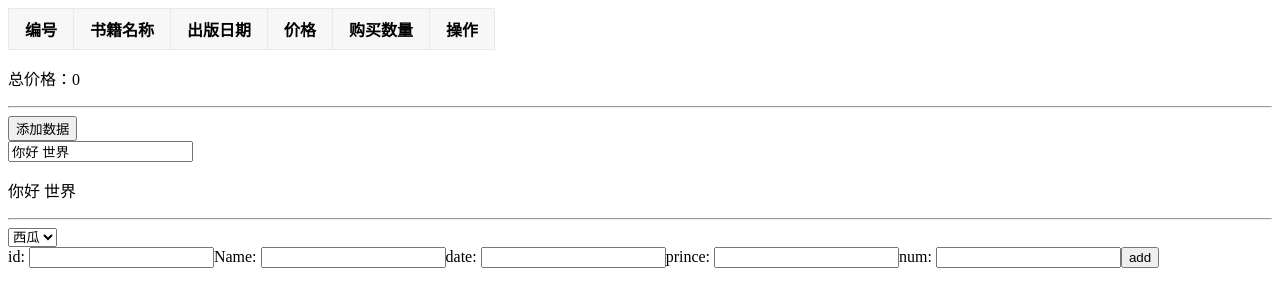
Repository: 1404413577/jsdemo
Page: /res (app in vue-demo/myweb3/)
An editor plug-in stored every save of this project. The page is shown before and after the next save, followed by the edit.
The browser window is 1280 px wide. The pictures show the whole page.
The page's requests for data from a server got no answer. The project was rebuilt for these pictures with package versions that can differ from the ones it lists, and the page was loaded fresh each time. No one was signed in, and anything a server would have sent is missing. Also part of the build but not shown: vue-demo/myweb3/vue.config.js.

Above is the page before, as saved 2022-12-01 14:11:22.

### vue-demo/myweb3/src/main.js
import { createApp } from 'vue'
import App from './App.vue'
import router from './router'
import store from './store'

createApp(App).use(store).use(router).mount('#app')

// 用法：1.{{ item.time | format("YYYY-MM-DD HH:mm:ss") }}
// 用法：2. this.$moment(this.time).format("YYYY-MM-DD HH:mm:ss");
import Moment from 'moment'

// 定义全局时间戳过滤器
Vue.filter('formatDate', function(value) {
  return Moment(value).format('YYYY-MM-DD HH:mm:ss')
})

Vue.config.productionTip = false

### vue-demo/myweb3/src/App.vue
<template>
  <router-view/>
</template>

<script>

</script>
<style lang="less">

</style>

### vue-demo/myweb3/src/router/index.js
import { createRouter, createWebHistory } from 'vue-router'

const routes = [
  {
    path: "/home",
    component: 'home',
    component: () => import('../views/Home.vue')
},
  {
    path: '/onclick',
    name: 'onclick',
    component: () => import('../views/OnClick.vue')
  },
  {
    path: '/res',
    name: 'res',
    component: () => import('../views/res.vue')

  }
]

const router = createRouter({
  history: createWebHistory(process.env.BASE_URL),
  routes
})

export default router

### vue-demo/myweb3/src/views/res.vue
<template>
  <div>
    <!-- <Demo />
    <Tab /> -->
    <SHOP />
    <ZL></ZL>
    <add></add>
  </div>
</template>

<script>
// import Demo from "@/components/vue2/demo.vue";
// import Tab from "@/components/vue2/Tab.vue";
import SHOP from "@/components/vue2/shop.vue";
import ZL from "@/components/vue2/zhiling.vue"
import add from "@/components/vue2/add.vue"
export default {
  components: {
    // Demo,
    // Tab,
    SHOP,
    ZL,
    add
  },
};
</script>

<style>

</style>

### vue-demo/myweb3/src/components/vue2/shop.vue
<template>
  <div>
    <table>
      <thead>
        <tr>
          <th v-for="(item, index) in titles" :key="index">{{ item }}</th>
        </tr>
      </thead>
      <tbody>
        <tr v-for="(item, index) in books" :key="item.id">
          <td>{{ index }}</td>
          <td>{{ item.name }}</td>
          <td>{{ item.date }}</td>
          <td>{{ item.prince }}</td>
          <td>
            <button @click="subFn(index)">-</button>
            <span>{{ item.num }}</span>
            <button @click="addFn(index)">+</button>
          </td>
          <td>
            <button @click="remove(index)">移除</button>
          </td>
        </tr>
      </tbody>
    </table>
    <p>总价格：{{ totalPrice }}</p>

    <hr />

    <button @click="addFn">添加数据</button>
  </div>
</template>

<script>
import { getBook, addBook, delBook } from "@/api";
import axios from "axios";
export default {
  data() {
    return {
      titles: ["编号", "书籍名称", "出版日期", "价格", "购买数量", "操作"],
      books: [],
    };
  },
  created() {
    getBook({}).then((res) => {
      console.log(res);
      this.books = res.data;
    });
  },
  methods: {
    addFn(index) {
      this.books[index].num++;
    },
    subFn(index) {
      if (this.books[index].num == 0) {
        this.books.splice(index, 1);
      }
      this.books[index].num--;
    },
    remove(id) {
      console.log(id)
      axios({
        url: "http://localhost:5050/book/del",
        method: "POST",
        data: {
          id: id,
        },
        success(res) {
          console.log(res);
        },
        error(err) {
          console.log(err);
        },
      });
      this.books.splice(id, 1);
    },
    // data: { id: 7, name: "js", date: "2023-8-9", prince: 55, num: 8 },
    addFn() {
      axios({
        url: "http://localhost:5050/book/add",
        method: "POST",
        data: {
          id: 13,
          name: "js",
          date: this.harvestTime,
          prince: "56",
          num: "1",
        },
        success(res) {
          console.log(res);
        },
        error(err) {
          console.log(err);
        },
      });

      // addBook({
      //   data: { id: 7, name: "js", date: "2023-8-9", prince: 55, num: 8 },
      // }).then((res) => {
      //   console.log(res);
      // });
    },
  },
  computed: {
    totalPrice() {
      return this.books.reduce((prev, current) => {
        prev += current.num * current.prince;
        return prev;
      }, 0);
    },
    harvestTime() {
      var date = new Date();
      var year = date.getFullYear();
      var month = date.getMonth() + 1;
      var day = date.getDate();
      var hour = date.getHours();
      var minute = date.getMinutes();
      var second = date.getSeconds();
      var time = `${year}-${month}-${day}-${hour}-${minute}-${second}`;
      return time;
    },
  },
};
</script>

<style scoped>
table {
  border: 1px solid #e9e9e9;
  border-collapse: collapse;
  border-spacing: 0;
}

td,
th {
  padding: 8px 16px;
  border: 1px solid #e9e9e9;
  text-align: left;
}
th {
  background-color: #f7f7f7;
}
</style>

### vue-demo/myweb3/src/components/vue2/zhiling.vue
<template>
  <div>
    <input type="text" v-model="msg" v-on:input="iptChange"/>
    <p>{{ msg }}</p>

    <hr>
    <select v-model="result">
      <option value="apple">苹果</option>
      <option value="banana">香蕉</option>
      <option value="watermelo">西瓜</option>
    </select>
  </div>
</template>
// v-model 是语法糖 v-model = :value+ @input
<script>
export default {
  data() {
    return {
      msg: "你好 世界",
      result:"watermelo",
    };
  },
  methods:{
    iptChange(e) {
        // 每次触发DOM事件时会产生一个事件对象（也称event对象），此处的参数e接收事件对象。
        // 而事件对象也有很多属性和方法，其中target属性是获取触发事件对象的目标，
        // 也就是        绑定事件的元素，e.target表示该DOM元素，然后在获取其相应的属性值。
        console.log(e.target.value);
        this.msg = e.target.value
    }
  }
};
</script>

<style></style>

### vue-demo/myweb3/src/components/vue2/add.vue
<template>
  <div>
    <label
      >id:
      <input type="text" v-model="id" />
    </label>
    <label
      >Name:
      <input type="text" v-model="name" />
    </label>
    <label
      >date:
      <input type="text" v-model="date" />
    </label>
    <label
      >prince:
      <input type="text" v-model="prince" />
    </label>
    <label
      >num:
      <input type="text" v-model="num" />
    </label>
    <input type="button" value="add" @click="add" />
  </div>
</template>

<script>
import axios from "axios";
export default {
  data() {
    return {
      id: "",
      name: "",
      date: "",
      prince: "",
      num: "",
    };
  },
  methods: {
    add() {
      axios({
        url: "http://localhost:5050/book/add",
        method: "POST",
        data: {
          id: this.id,
          name: this.name,
          date: this.harvestTime,
          prince: this.prince,
          num: this.name,
        },
        success(res) {
          console.log(res);
        },
        error(err) {
          console.log(err);
        },
      });
    },
  },
  computed: {
    harvestTime() {
      var date = new Date();
      var year = date.getFullYear();
      var month = date.getMonth() + 1;
      var day = date.getDate();
      var hour = date.getHours();
      var minute = date.getMinutes();
      var second = date.getSeconds();
      var time = `${year}-${month}-${day}-${hour}-${minute}-${second}`;
      return time;
    },
  },
};
</script>

<style></style>

### vue-demo/myweb3/src/api/index.js
//导入request.js
import request from "@/utils/request";
//可以按需导出
export const getProduct = () => request.get("/list");

export const getHome = () => request.get("/home");

export const getBook = () => request.get("/book");

export const addBook = (data) => request.post("/book/add", data);

export const delBook = (parmas) => request.post("/book/del", parmas);

export const updateBook = (data) => request.post("/book/update", data);

### vue-demo/myweb3/src/utils/request.js
import axios from "axios";//创建一个axios的对象
//生成一个axios的实例
const http=axios.create({
	baseURL:"http://localhost:5050",// baseURL会在发送请求的时候拼接在url参数前面
	timeout:3000,//请求超时
});



export default http;//导出

Loaded but not shown: vue-demo/myweb3/public/index.html (common file); vue-demo/myweb3/src/store/index.js (common file)

After the next save:
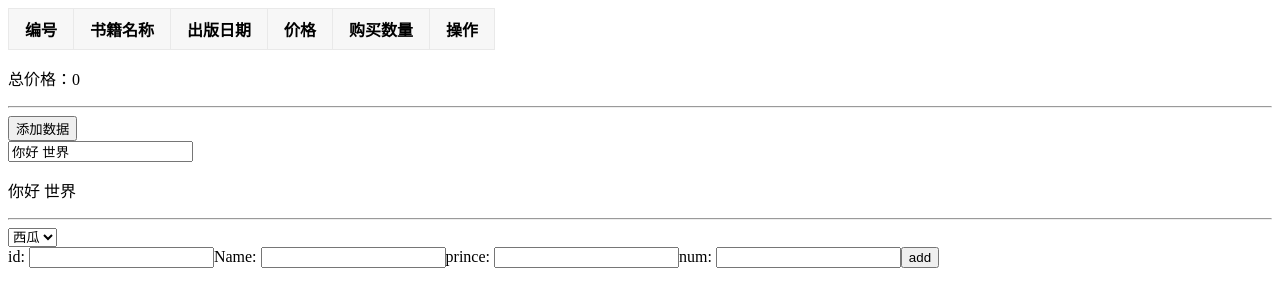
Saved 47 s later.
--- a/vue-demo/myweb3/src/components/vue2/add.vue
+++ b/vue-demo/myweb3/src/components/vue2/add.vue
@@ -7,10 +7,6 @@
     <label
       >Name:
       <input type="text" v-model="name" />
-    </label>
-    <label
-      >date:
-      <input type="text" v-model="date" />
     </label>
     <label
       >prince:
